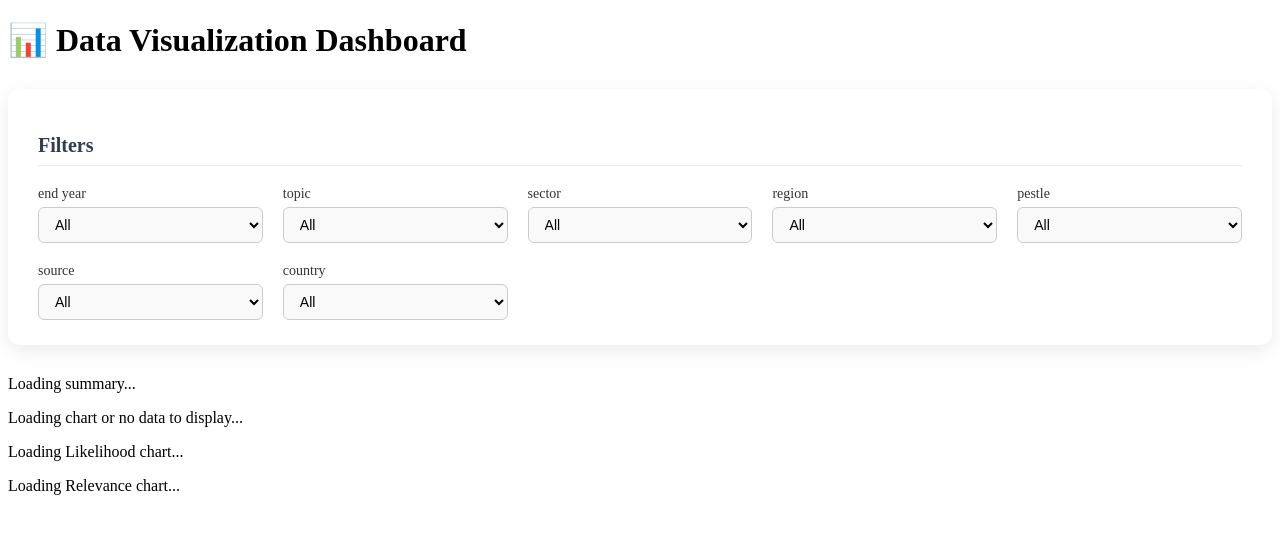
Repository: dikshant-s/DataVisualizationDashboard
Page: / (app in frontend/)
These files come from the project's save history. The page is drawn as it stood at one moment and after the next save; the edit follows.
The browser window is 1280 px wide. The pictures show the whole page.
The page's requests for data from a server got no answer. The project was rebuilt for these pictures with package versions that can differ from the ones it lists, and the page was loaded fresh each time. No one was signed in, and anything a server would have sent is missing.

Above is the page before, as saved 2025-06-29 10:31:14.

### frontend/public/index.html
<!DOCTYPE html>
<html lang="en">
  <head>
    <meta charset="utf-8" />
    <link rel="icon" href="%PUBLIC_URL%/favicon.ico" />
    <meta name="viewport" content="width=device-width, initial-scale=1" />
    <meta name="theme-color" content="#000000" />
    <title>Data Visualization Dashboard</title>
  </head>
  <body>
    <noscript>You need to enable JavaScript to run this app.</noscript>
    <div id="root"></div>
  </body>
</html>

### frontend/src/App.js
import React, { useState } from "react";
import FilterPanel from "./components/FilterPanel";
import IntensityBarChart from "./components/IntensityBarChart";
import LikelihoodLineChart from "./components/LikelihoodLineChart";
import RelevanceTopicChart from "./components/RelevanceTopicChart";
import Summary from "./components/Summary";

const App = () => {
  const [filters, setFilters] = useState({});

  return (
    <div className="bg-gray-100 min-h-screen text-gray-800 font-sans">
      <div className="max-w-6xl mx-auto px-4 py-8">
        <h1 className="text-3xl font-bold text-blue-700 mb-6">
          📊 Data Visualization Dashboard
        </h1>

        <FilterPanel setFilters={setFilters} />

        <div className="bg-blue-50 border border-blue-200 p-5 rounded-xl mb-8">
          <Summary filters={filters} />
        </div>

        <div className="bg-white rounded-xl shadow-md p-6 mb-8 overflow-x-auto">
          <IntensityBarChart filters={filters} />
        </div>

        <div className="bg-white rounded-xl shadow-md p-6 mb-8 overflow-x-auto">
          <LikelihoodLineChart filters={filters} />
        </div>

        <div className="bg-white rounded-xl shadow-md p-6 mb-8 overflow-x-auto">
          <RelevanceTopicChart filters={filters} />
        </div>
      </div>
    </div>
  );
};

export default App;

### frontend/src/components/FilterPanel.js
import React, { useEffect, useState } from "react";
import axios from "axios";
import "./FilterPanel.css";
const fields = ["end_year", "topic", "sector", "region", "pestle", "source", "country"];

const FilterPanel = ({ setFilters }) => {
  const [filterOptions, setFilterOptions] = useState({});
  const [selected, setSelected] = useState({});

  useEffect(() => {
    fields.forEach(field => {
      axios.get(`http://localhost:5000/api/data/filters/${field}`)
        .then(res => setFilterOptions(prev => ({ ...prev, [field]: res.data })));
    });
  }, []);

  const handleChange = (e) => {
    const { name, value } = e.target;
    const newSelected = { ...selected, [name]: value };
    setSelected(newSelected);
    setFilters(newSelected);
  };

  return (
    <div className="filter-card">
      <h3>Filters</h3>
      <div className="filter-grid">
        {fields.map((field) => (
          <div className="filter-group" key={field}>
            <label>{field.replaceAll("_", " ")}</label>
            <select name={field} onChange={handleChange}>
              <option value="All">All</option>
              {(filterOptions[field] || []).map((val) => (
                <option key={val} value={val}>{val}</option>
              ))}
            </select>
          </div>
        ))}
      </div>
    </div>
  );
};

export default FilterPanel;

### frontend/src/components/IntensityBarChart.js
import React, { useEffect, useState } from "react";
import axios from "axios";
import { Bar } from "react-chartjs-2";
import { Chart as ChartJS, BarElement, CategoryScale, LinearScale } from 'chart.js';

ChartJS.register(BarElement, CategoryScale, LinearScale);

const IntensityBarChart = ({ filters }) => {
  const [chartData, setChartData] = useState(null);

  useEffect(() => {
    const params = new URLSearchParams(filters).toString();
    axios.get("http://localhost:5000/api/data?" + params)
      .then((res) => {
        const grouped = {};
        res.data.forEach(item => {
          const country = item.country || "Unknown";
          grouped[country] = (grouped[country] || 0) + (item.intensity || 0);
        });

        const labels = Object.keys(grouped);
        const values = Object.values(grouped);

        setChartData({
          labels: labels,
          datasets: [{
            label: "Total Intensity",
            data: values,
            backgroundColor: "rgba(75,192,192,0.6)",
            borderRadius: 5,
          }]
        });
      }).catch((err) => {
        console.error("Error fetching data:", err);
      });
  }, [filters]);

  if (!chartData || chartData.labels.length === 0) {
    return <p>Loading chart or no data to display...</p>;
  }

  return (
    <div style={{ maxWidth: "800px", margin: "auto" }}>
      <h3>Intensity by Country</h3>
      <Bar data={chartData} />
    </div>
  );
};

export default IntensityBarChart;

### frontend/src/components/LikelihoodLineChart.js
import React, { useEffect, useState } from "react";
import axios from "axios";
import { Line } from "react-chartjs-2";
import { Chart as ChartJS, LineElement, PointElement, CategoryScale, LinearScale } from "chart.js";

ChartJS.register(LineElement, PointElement, CategoryScale, LinearScale);

const LikelihoodLineChart = ({ filters }) => {
  const [chartData, setChartData] = useState(null);

  useEffect(() => {
    const params = new URLSearchParams(filters).toString();
    axios.get("http://localhost:5000/api/data?" + params)
      .then((res) => {
        const grouped = {};
        res.data.forEach(item => {
          const year = item.start_year || "Unknown";
          grouped[year] = (grouped[year] || 0) + (item.likelihood || 0);
        });

        const labels = Object.keys(grouped).sort();
        const values = labels.map(l => grouped[l]);

        setChartData({
          labels,
          datasets: [{
            label: "Likelihood Over Years",
            data: values,
            borderColor: "#36a2eb",
            fill: false
          }]
        });
      });
  }, [filters]);

  if (!chartData) return <p>Loading Likelihood chart...</p>;

  return (
    <div style={{ maxWidth: "800px", margin: "auto" }}>
      <h3>Likelihood Over Years</h3>
      <Line data={chartData} />
    </div>
  );
};

export default LikelihoodLineChart;

### frontend/src/components/RelevanceTopicChart.js
import React, { useEffect, useState } from "react";
import axios from "axios";
import { Bar } from "react-chartjs-2";
import { Chart as ChartJS, BarElement, CategoryScale, LinearScale } from "chart.js";

ChartJS.register(BarElement, CategoryScale, LinearScale);

const RelevanceTopicChart = ({ filters }) => {
  const [chartData, setChartData] = useState(null);

  useEffect(() => {
    const params = new URLSearchParams(filters).toString();
    axios.get("http://localhost:5000/api/data?" + params)
      .then((res) => {
        const grouped = {};
        res.data.forEach(item => {
          const topic = item.topic || "Unknown";
          grouped[topic] = (grouped[topic] || 0) + (item.relevance || 0);
        });

        const labels = Object.keys(grouped);
        const values = labels.map(l => grouped[l]);

        setChartData({
          labels,
          datasets: [{
            label: "Relevance by Topic",
            data: values,
            backgroundColor: "rgba(153, 102, 255, 0.6)"
          }]
        });
      });
  }, [filters]);

  if (!chartData) return <p>Loading Relevance chart...</p>;

  return (
    <div style={{ maxWidth: "800px", margin: "auto" }}>
      <h3>Relevance by Topic</h3>
      <Bar data={chartData} options={{ indexAxis: "y" }} />
    </div>
  );
};

export default RelevanceTopicChart;

### frontend/src/components/Summary.js
import React, { useEffect, useState } from "react";
import axios from "axios";

const Summary = ({ filters }) => {
  const [summary, setSummary] = useState(null);

  useEffect(() => {
    const params = new URLSearchParams(filters).toString();
    axios.get("http://localhost:5000/api/data?" + params)
      .then((res) => {
        const data = res.data;
        const total = data.length;
        const avg = (key) => total === 0 ? 0 : (data.reduce((sum, d) => sum + (d[key] || 0), 0) / total).toFixed(2);

        setSummary({
          total,
          avgIntensity: avg("intensity"),
          avgLikelihood: avg("likelihood"),
          avgRelevance: avg("relevance")
        });
      });
  }, [filters]);

  if (!summary) return <p>Loading summary...</p>;

  return (
    <div style={{ padding: "10px 20px", border: "1px solid #ccc", margin: "20px auto", maxWidth: 600 }}>
      <h3>Summary</h3>
      <p><strong>Total Records:</strong> {summary.total}</p>
      <p><strong>Average Intensity:</strong> {summary.avgIntensity}</p>
      <p><strong>Average Likelihood:</strong> {summary.avgLikelihood}</p>
      <p><strong>Average Relevance:</strong> {summary.avgRelevance}</p>
    </div>
  );
};

export default Summary;

### frontend/src/components/FilterPanel.css
.filter-card {
  background: #ffffff;
  padding: 25px 30px;
  border-radius: 12px;
  box-shadow: 0 6px 20px rgba(0, 0, 0, 0.08);
  margin: 30px 0;
}

.filter-card h3 {
  margin-bottom: 20px;
  font-size: 20px;
  color: #2c3e50;
  border-bottom: 1px solid #eee;
  padding-bottom: 8px;
}

.filter-grid {
  display: grid;
  grid-template-columns: repeat(auto-fill, minmax(220px, 1fr));
  gap: 20px;
}

.filter-group {
  display: flex;
  flex-direction: column;
}

.filter-group label {
  font-size: 14px;
  margin-bottom: 5px;
  color: #333;
}

.filter-group select {
  padding: 8px 12px;
  border-radius: 6px;
  border: 1px solid #ccc;
  background: #f9f9f9;
  font-size: 14px;
  transition: 0.2s ease;
}

.filter-group select:focus {
  outline: none;
  border-color: #3498db;
  background: #fff;
}

Loaded but not shown: frontend/src/index.js (common file)

After the next save:
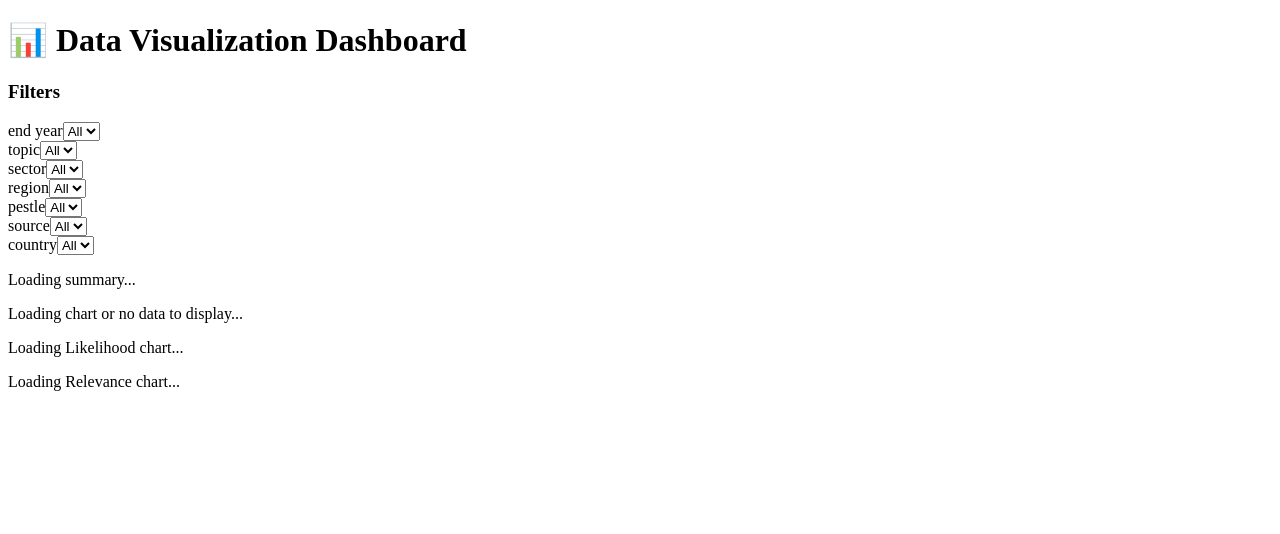
Saved 2 min 51 s later.
--- a/frontend/src/components/FilterPanel.js
+++ b/frontend/src/components/FilterPanel.js
@@ -1,6 +1,6 @@
 import React, { useEffect, useState } from "react";
 import axios from "axios";
-import "./FilterPanel.css";
+
 const fields = ["end_year", "topic", "sector", "region", "pestle", "source", "country"];
 
 const FilterPanel = ({ setFilters }) => {
@@ -8,9 +8,12 @@ const FilterPanel = ({ setFilters }) => {
   const [selected, setSelected] = useState({});
 
   useEffect(() => {
-    fields.forEach(field => {
-      axios.get(`http://localhost:5000/api/data/filters/${field}`)
-        .then(res => setFilterOptions(prev => ({ ...prev, [field]: res.data })));
+    fields.forEach((field) => {
+      axios
+        .get(`http://localhost:5000/api/data/filters/${field}`)
+        .then((res) =>
+          setFilterOptions((prev) => ({ ...prev, [field]: res.data }))
+        );
     });
   }, []);
 
@@ -22,13 +25,19 @@ const FilterPanel = ({ setFilters }) => {
   };
 
   return (
-    <div className="filter-card">
-      <h3>Filters</h3>
-      <div className="filter-grid">
+    <div className="bg-white p-6 rounded-xl shadow-md mb-8">
+      <h3 className="text-xl font-semibold text-gray-800 mb-4 border-b pb-2">Filters</h3>
+      <div className="grid grid-cols-1 sm:grid-cols-2 md:grid-cols-3 lg:grid-cols-4 gap-5">
         {fields.map((field) => (
-          <div className="filter-group" key={field}>
-            <label>{field.replaceAll("_", " ")}</label>
-            <select name={field} onChange={handleChange}>
+          <div key={field} className="flex flex-col">
+            <label className="text-sm font-medium text-gray-700 mb-1">
+              {field.replaceAll("_", " ")}
+            </label>
+            <select
+              name={field}
+              onChange={handleChange}
+              className="border border-gray-300 rounded-md px-3 py-2 text-sm bg-gray-50 focus:outline-none focus:ring-2 focus:ring-blue-500"
+            >
               <option value="All">All</option>
               {(filterOptions[field] || []).map((val) => (
                 <option key={val} value={val}>{val}</option>
